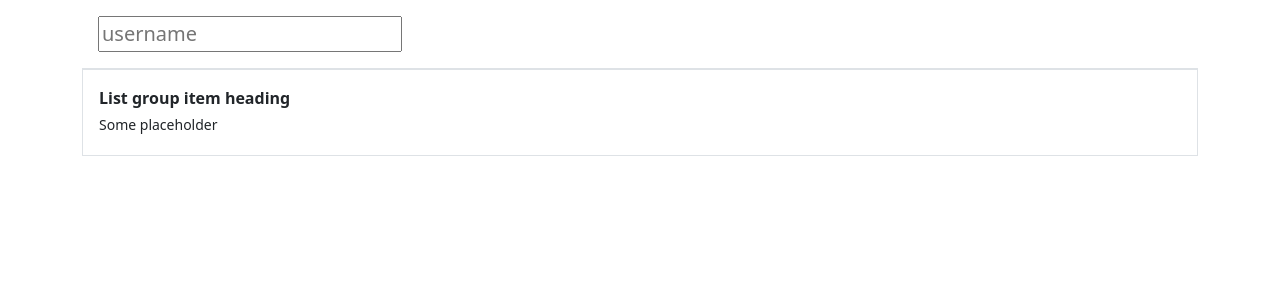
Repository: CSCI201-G32/StudyGroups
Page: / (app in react-chat/)
The author's editor kept a copy of each file at every save. The page is drawn from the files as they stood at one save, then again after the next save.
The browser window is 1280 px wide. The pictures show the whole page.
The project was rebuilt for these pictures with package versions that can differ from the ones it lists, and the page was loaded fresh each time. Also part of the build but not shown: react-chat/src/index.css.

Above is the page before, as saved 2023-11-16 07:56:23.

After the next save:
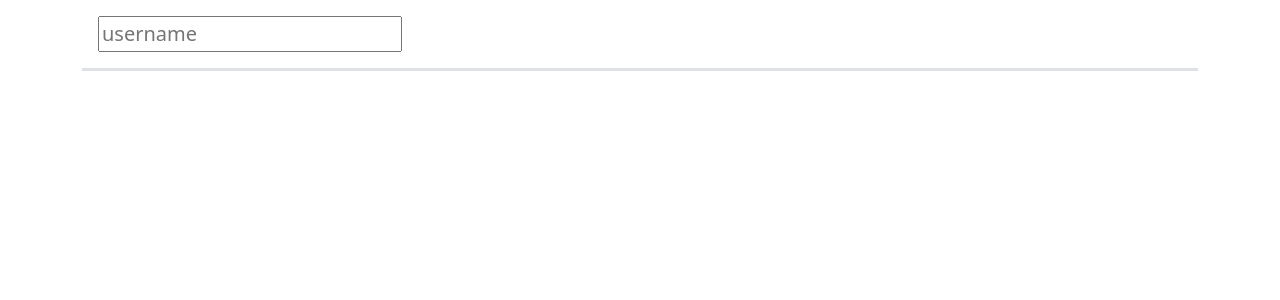
Saved 98 s later.
--- a/react-chat/src/App.js
+++ b/react-chat/src/App.js
@@ -11,6 +11,7 @@ function App() {
           <input className="fs-5 fw-semibold" placeholder="username" value={username} onChange={e => setUsername(e.target.value)}/>
         </div>
       <div className="list-group list-group-flush border bottom scrollarea">
+        {messages.map(message => {
         <div className="list-group-item list-group-item-action py-3 lh-tight">
           <div className="d-flex w-100 align-items-center justify-content-between">
             <strong className="mb-1">List group item heading</strong>
@@ -18,6 +19,7 @@ function App() {
           </div>
           <div className="col-10 mb-1 small">Some placeholder</div>
         </div>
+        })}
       </div>
       </div>
     </div>
